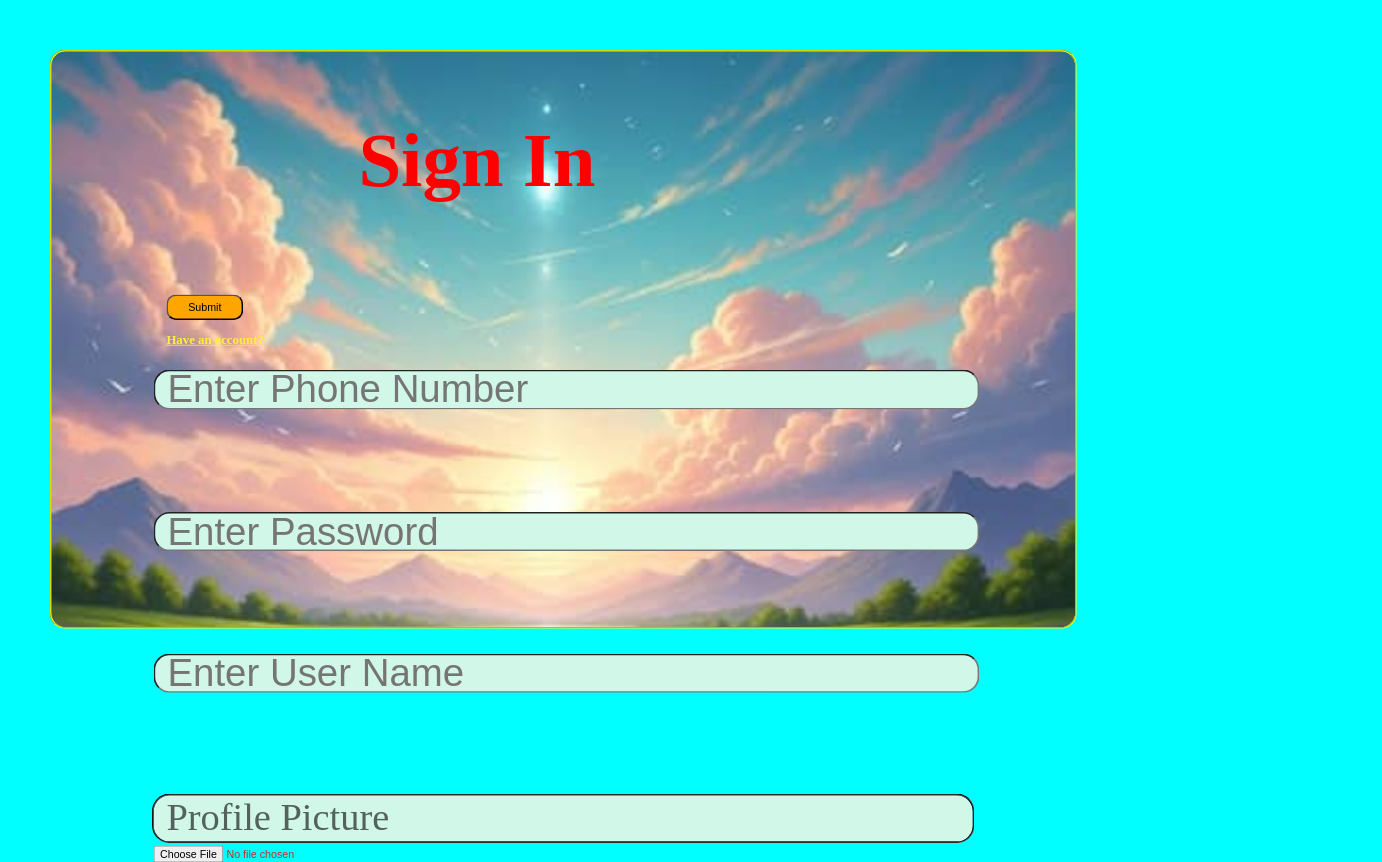
Repository: Amani-Kibet/express-app-web
Page: pages/signup/signIn.html
The author's editor kept a copy of each file at every save. The page is drawn from the files as they stood at one save, then again after the next save.
The browser window is 1280 px wide. The page is 1728 px wide, so the pictures cover 1728 px, including what lies to the right of the window. The pictures show the whole page, at 80% of full size.

Above is the page before, as saved 2025-09-28 15:28:38.

After the next save:
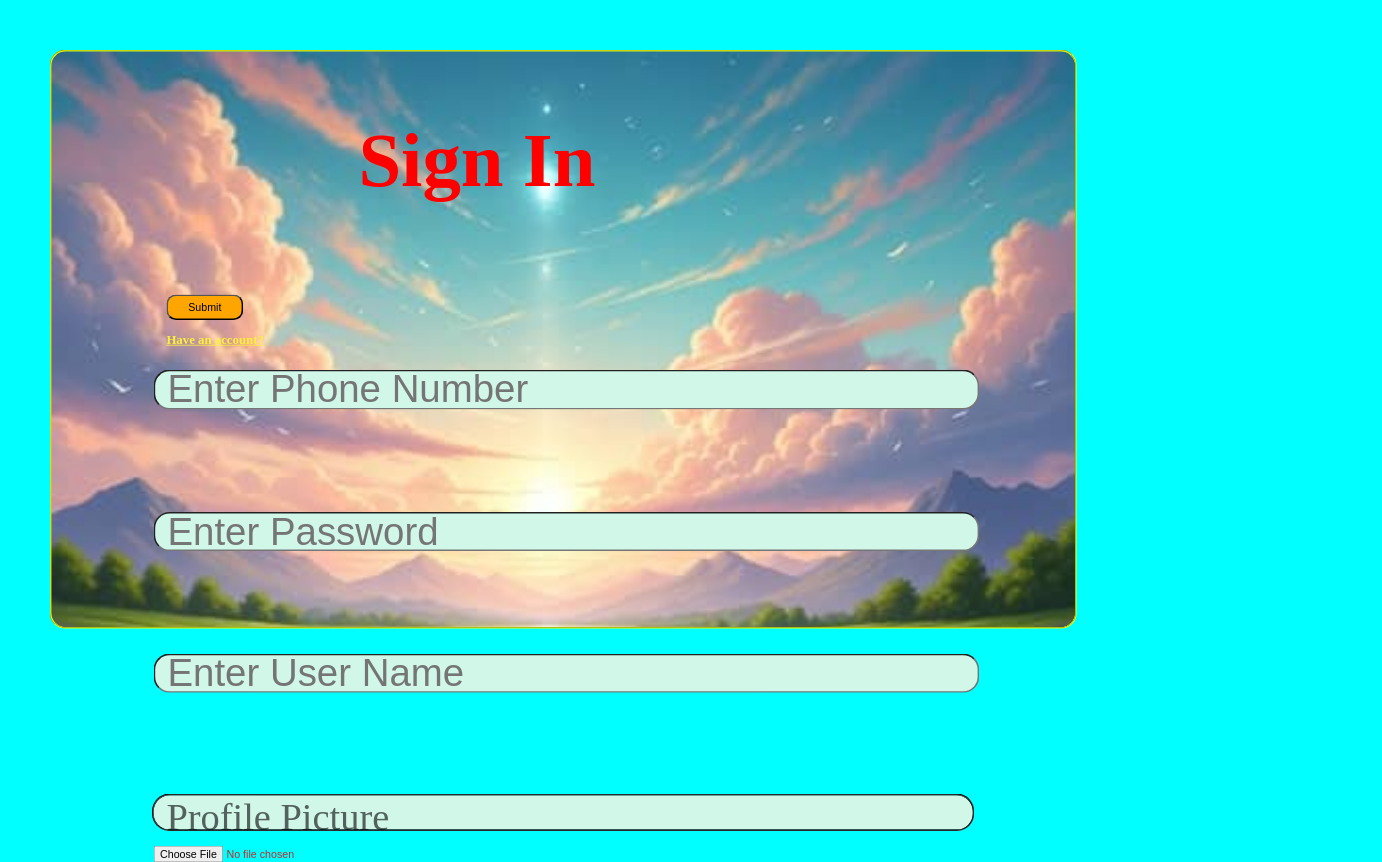
Saved 17 s later.
--- a/pages/signup/signIn.html
+++ b/pages/signup/signIn.html
@@ -33,6 +33,7 @@
   #picC{
     display: flex;
     flex-direction: column;
+    gap: 1%
     height: 8%;
     outline: 2px groove black;
     color: rgb(194, 43, 43);

After the save that followed:
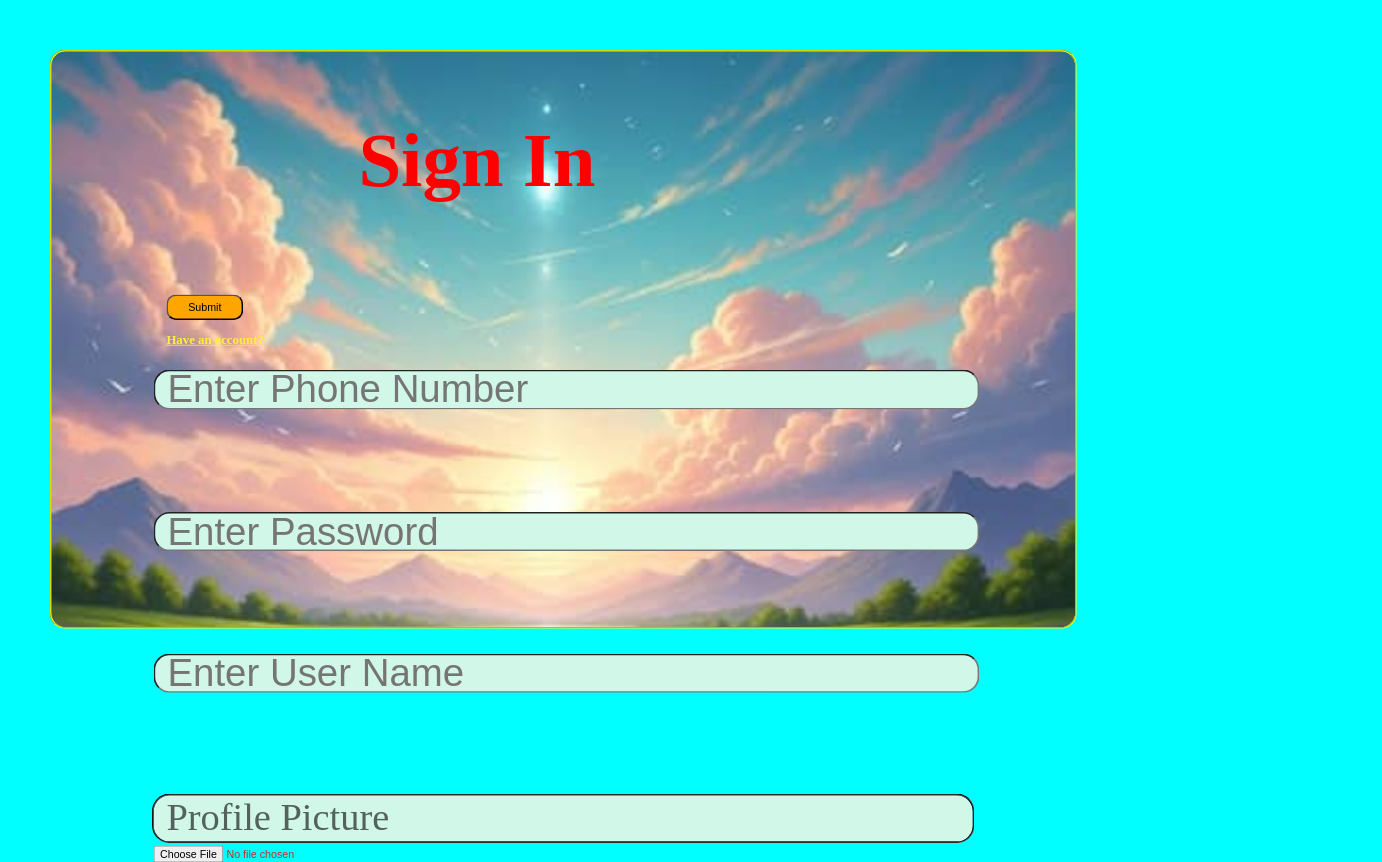
Saved 7 s later.
--- a/pages/signup/signIn.html
+++ b/pages/signup/signIn.html
@@ -33,7 +33,7 @@
   #picC{
     display: flex;
     flex-direction: column;
-    gap: 1%
+    gap: 1%;
     height: 8%;
     outline: 2px groove black;
     color: rgb(194, 43, 43);
